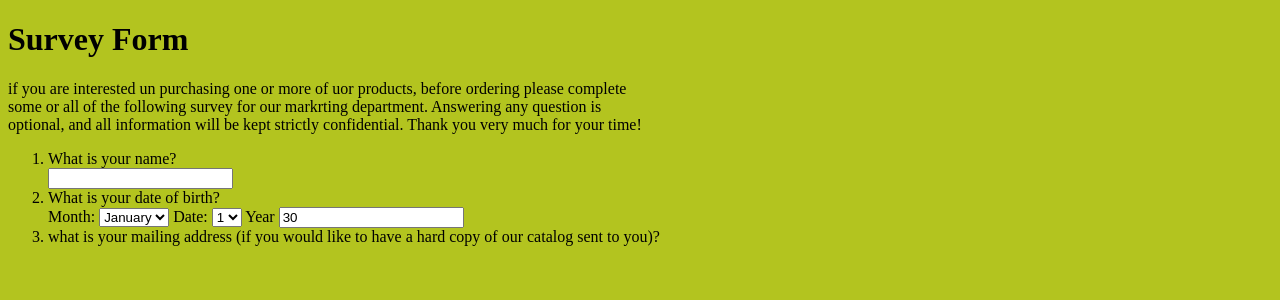
Repository: PhamChiXuan1/HTCNW_tuan3_DHCNTT16C_PhamChiXuan_20030131
Page: bt17.html
An editor plug-in stored every save of this project. The page is shown before and after the next save, followed by the edit.
The browser window is 1280 px wide. The pictures show the whole page.

Above is the page before, as saved 2022-02-27 22:19:44.

After the next save:
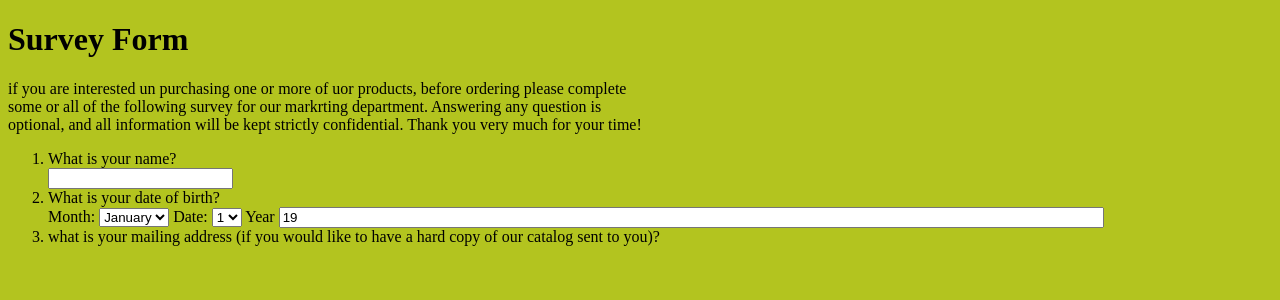
Saved 12 s later.
--- a/bt17.html
+++ b/bt17.html
@@ -25,7 +25,7 @@
                 <option value="1">1</option>
             </select>
             <label for="cars">Year</label>
-            <input type="text" id="" name="19" size="20" value="30">
+            <input type="text" id="" name="19" size="100" value="19">
             <li>what is your mailing address (if you would like to have a hard copy of our catalog sent to you)?</li>
 
         </form>
